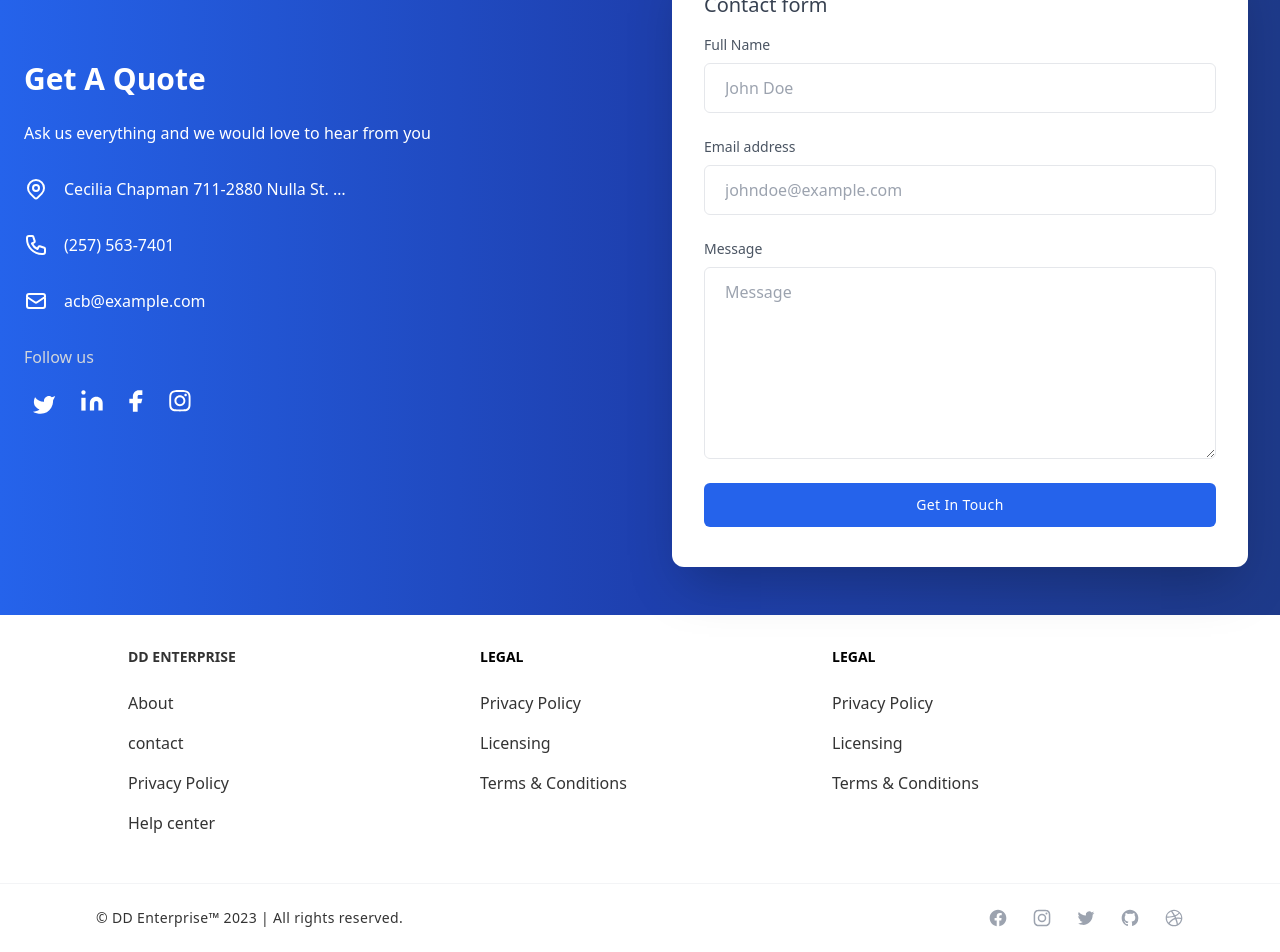
Repository: SehajBindra/web-app
Page: /
These files come from the project's save history. The page is drawn as it stood at one moment and after the next save; the edit follows.
The browser window is 1280 px wide. The pictures show the part of the page from y = 4772 to 5724 px (the page is 5724 px tall).
The project was rebuilt for these pictures with package versions that can differ from the ones it lists, and the page was loaded fresh each time. The framework's server and built-in components were replaced by stand-ins that run in the browser. Also part of the build but not shown: next.config.js.

Above is the page before, as saved 2023-04-07 20:11:40.

After the next save:
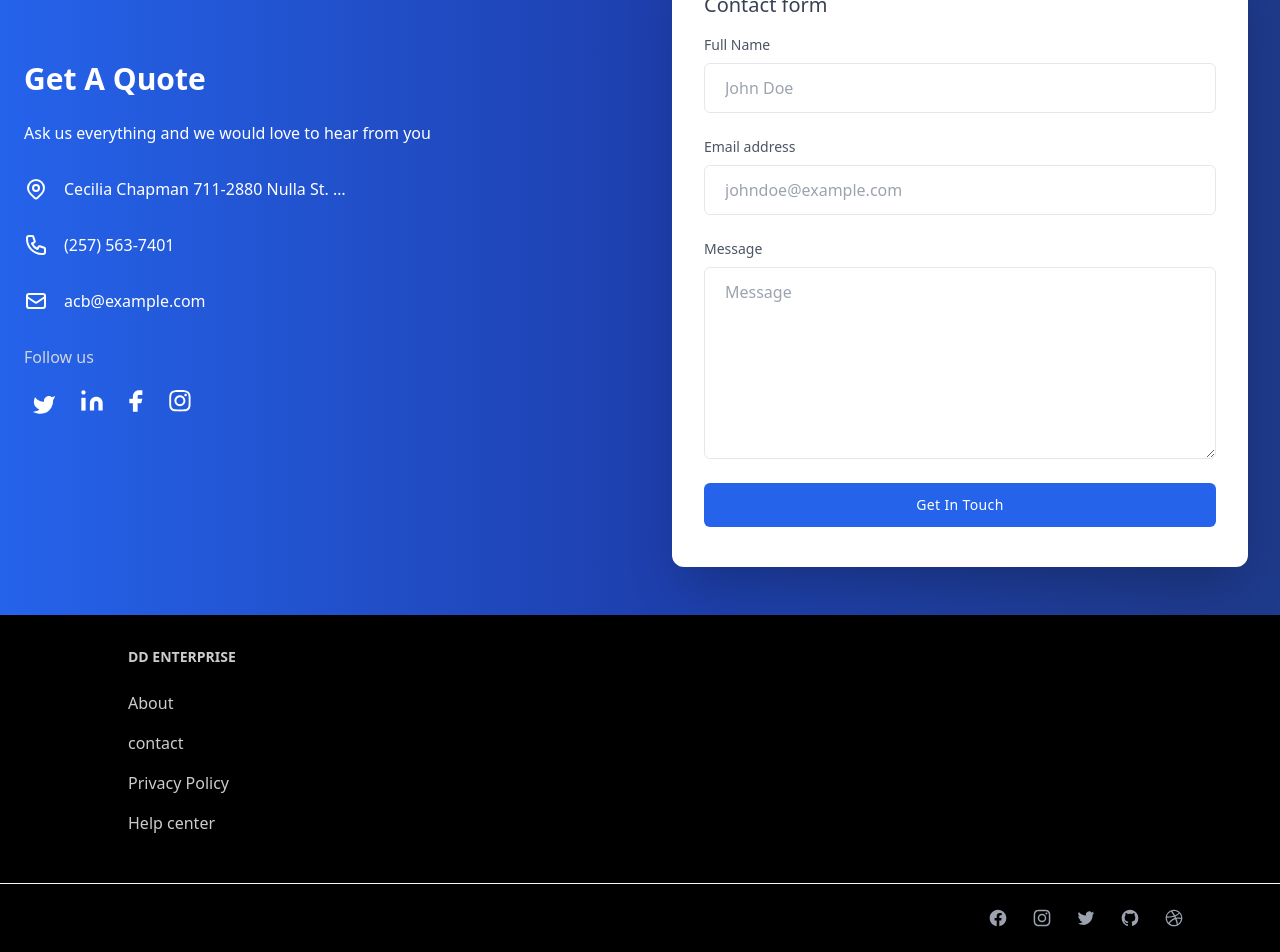
Saved 34 s later.
--- a/components/Footer.tsx
+++ b/components/Footer.tsx
@@ -3,8 +3,8 @@ import React from "react";
 function Footer() {
   return (
     <div>
-      <footer className="bg-white   text-black/60  ">
-        <div className="grid  text-black/80  px-32 gap-8   grid-cols-1 space-y-8  md:space-y-0  py-8 md:grid-cols-3">
+      <footer className="bg-black   text-white/60  ">
+        <div className="grid  text-white/80  px-32 gap-8   grid-cols-1 space-y-8  md:space-y-0  py-8 md:grid-cols-3">
           <div>
             <h2 className="mb-6 uppercase   text-sm font-semibold ">
               DD enterprise
